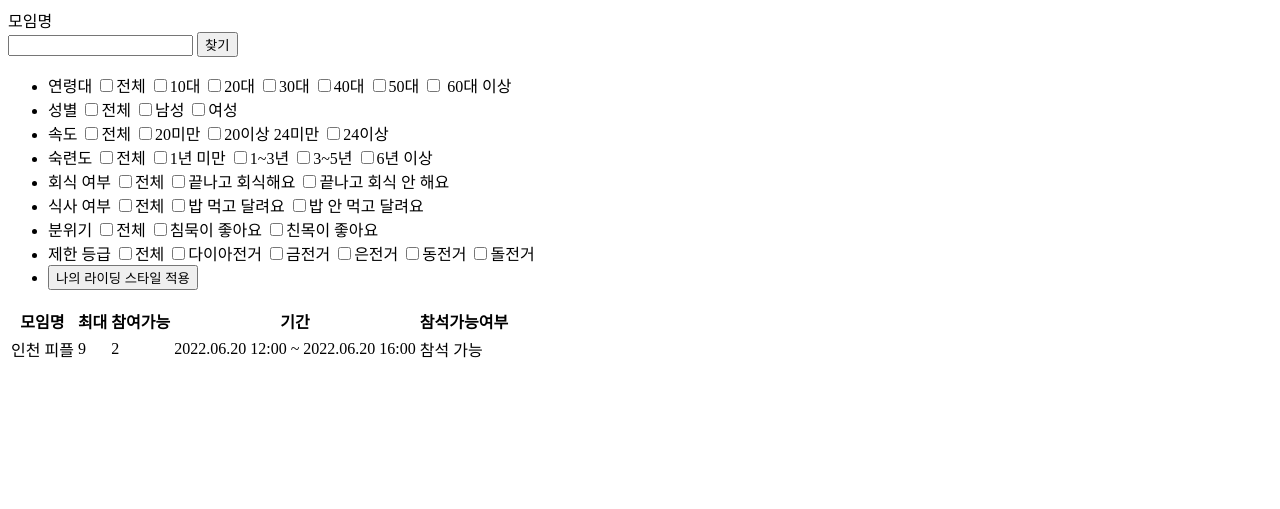
Repository: onpul/TEAM1
Page: http://localhost/Riding/mj/RidingList.jsp
An editor plug-in stored every save of this project. The page is shown before and after a run of saves, followed by the edit.
The browser window is 1280 px wide. The pictures show the whole page.
The page is served by Tomcat 9. Other server files are loaded and not shown.

Above is the page before, as saved 2022-06-04 10:45:15.

### Riding/WebContent/mj/RidingList.jsp
<%@ page contentType="text/html; charset=UTF-8"%>
<%
	request.setCharacterEncoding("UTF-8");
	String cp = request.getContextPath();
%>
<!DOCTYPE html>
<html>
<head>
<meta charset="UTF-8">
<title>Insert title here</title>
</head>
<body>
<div>
	<div>모임명</div>
	<input type="text" />
	<input type="button" value="찾기"/>
</div>
<div>
	<ul>
		<li> 연령대
		<label><input type="checkbox" name="age" value="전체">전체</label>
		<label><input type="checkbox" name="age" value="10대">10대</label>
		<label><input type="checkbox" name="age" value="20대">20대</label>
		<label><input type="checkbox" name="age" value="30대">30대</label>
		<label><input type="checkbox" name="age" value="40대">40대</label>
		<label><input type="checkbox" name="age" value="50대">50대</label>
		<label><input type="checkbox" name="age" value="60대 이상"> 60대 이상</label>
		</li>
		<li> 성별
		<label><input type="checkbox" name="gender" value="전체"/>전체</label>
		<label><input type="checkbox" name="gender" value="남성"/>남성</label>
		<label><input type="checkbox" name="gender" value="여성"/>여성</label>
		</li>
		<li> 속도
		<label><input type="checkbox" name="speed" value="전체"/>전체</label>
		<label><input type="checkbox" name="speed" value="20미만"/>20미만</label>
		<label><input type="checkbox" name="speed" value="20이상 24미만"/>20이상 24미만</label>
		<label><input type="checkbox" name="speed" value="24이상"/>24이상</label>
		</li>
		<li> 숙련도
		<label><input type="checkbox" name="step" value="전체"/>전체</label>
		<label><input type="checkbox" name="step" value="1년 미만"/>1년 미만</label>
		<label><input type="checkbox" name="step" value="1~3년"/>1~3년</label>
		<label><input type="checkbox" name="step" value="3~5년"/>3~5년</label>
		<label><input type="checkbox" name="step" value="6년 이상"/>6년 이상</label>
		</li>
		<li> 회식 여부
		<label><input type="checkbox" name="dinning" value="전체"/>전체</label>
		<label><input type="checkbox" name="dinning" value="끝나고 회식해요"/>끝나고 회식해요</label>
		<label><input type="checkbox" name="dinning" value="끝나고 회식 안 해요"/>끝나고 회식 안 해요</label>
		</li>
		<li> 식사 여부
		<label><input type="checkbox" name="eat" value="전체"/>전체</label>
		<label><input type="checkbox" name="eat" value="밥 먹고 달려요"/>밥 먹고 달려요</label>
		<label><input type="checkbox" name="eat" value="밥 안 먹고 달려요"/>밥 안 먹고 달려요</label>
		</li>
		<li> 분위기
		<label><input type="checkbox" name="mood" value="전체"/>전체</label>
		<label><input type="checkbox" name="mood" value="침묵이 좋아요"/>침묵이 좋아요</label>
		<label><input type="checkbox" name="mood" value="친목이 좋아요"/>친목이 좋아요</label>
		</li>
		<li> 제한 등급
		<label><input type="checkbox" name="grade" value="전체"/>전체</label>
		<label><input type="checkbox" name="grade" value="다이아전거"/>다이아전거</label>
		<label><input type="checkbox" name="grade" value="금전거"/>금전거</label>
		<label><input type="checkbox" name="grade" value="은전거"/>은전거</label>
		<label><input type="checkbox" name="grade" value="동전거"/>동전거</label>
		<label><input type="checkbox" name="grade" value="돌전거"/>돌전거</label>
		</li>
		<li><input type="button" value="나의 라이딩 스타일 적용"/></li>
	</ul>
</div>
<div>
	<table>
		<th>모임명</th>
		<th>최대</th>
		<th>참여가능</th>
		<th>기간</th>
		<th>참석가능여부</th>
		<tr>
			<td>인천 피플</td>
			<td>9</td>
			<td>2</td>
			<td>2022.06.20 12:00 ~ 2022.06.20 16:00</td>
			<td>참석 가능</td>
		</tr>
	</table>
</div>
</body>
</html>

After the next 2 saves:
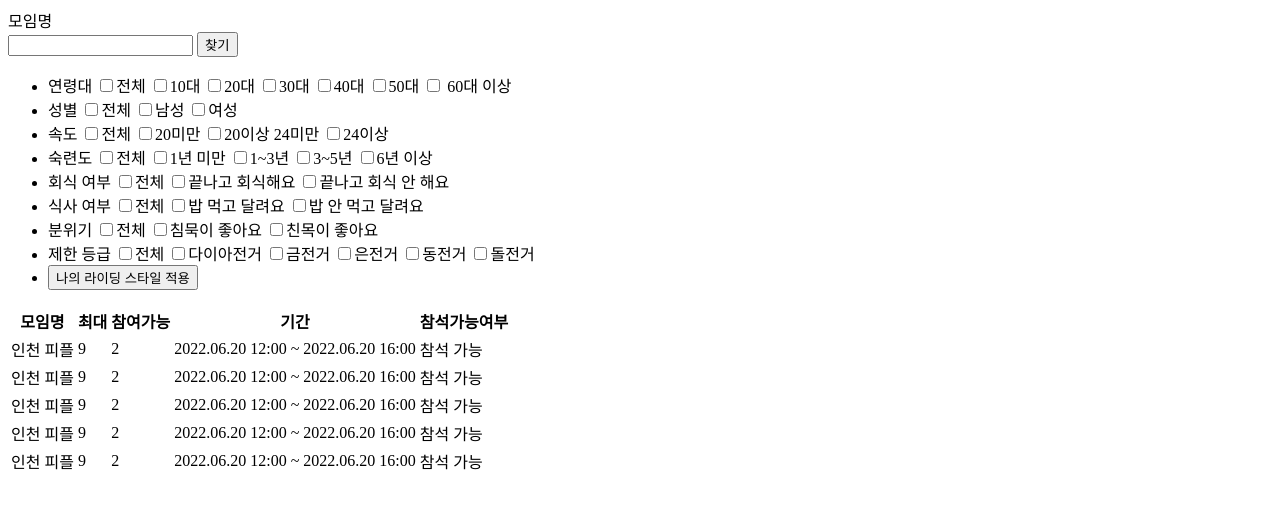
The 2 saves are shown as one change because they came seconds apart.
The last was saved 18 s later.
--- a/Riding/WebContent/mj/RidingList.jsp
+++ b/Riding/WebContent/mj/RidingList.jsp
@@ -84,6 +84,34 @@
 			<td>2022.06.20 12:00 ~ 2022.06.20 16:00</td>
 			<td>참석 가능</td>
 		</tr>
+		<tr>
+			<td>인천 피플</td>
+			<td>9</td>
+			<td>2</td>
+			<td>2022.06.20 12:00 ~ 2022.06.20 16:00</td>
+			<td>참석 가능</td>
+		</tr>
+		<tr>
+			<td>인천 피플</td>
+			<td>9</td>
+			<td>2</td>
+			<td>2022.06.20 12:00 ~ 2022.06.20 16:00</td>
+			<td>참석 가능</td>
+		</tr>
+		<tr>
+			<td>인천 피플</td>
+			<td>9</td>
+			<td>2</td>
+			<td>2022.06.20 12:00 ~ 2022.06.20 16:00</td>
+			<td>참석 가능</td>
+		</tr>
+		<tr>
+			<td>인천 피플</td>
+			<td>9</td>
+			<td>2</td>
+			<td>2022.06.20 12:00 ~ 2022.06.20 16:00</td>
+			<td>참석 가능</td>
+		</tr>
 	</table>
 </div>
 </body>
